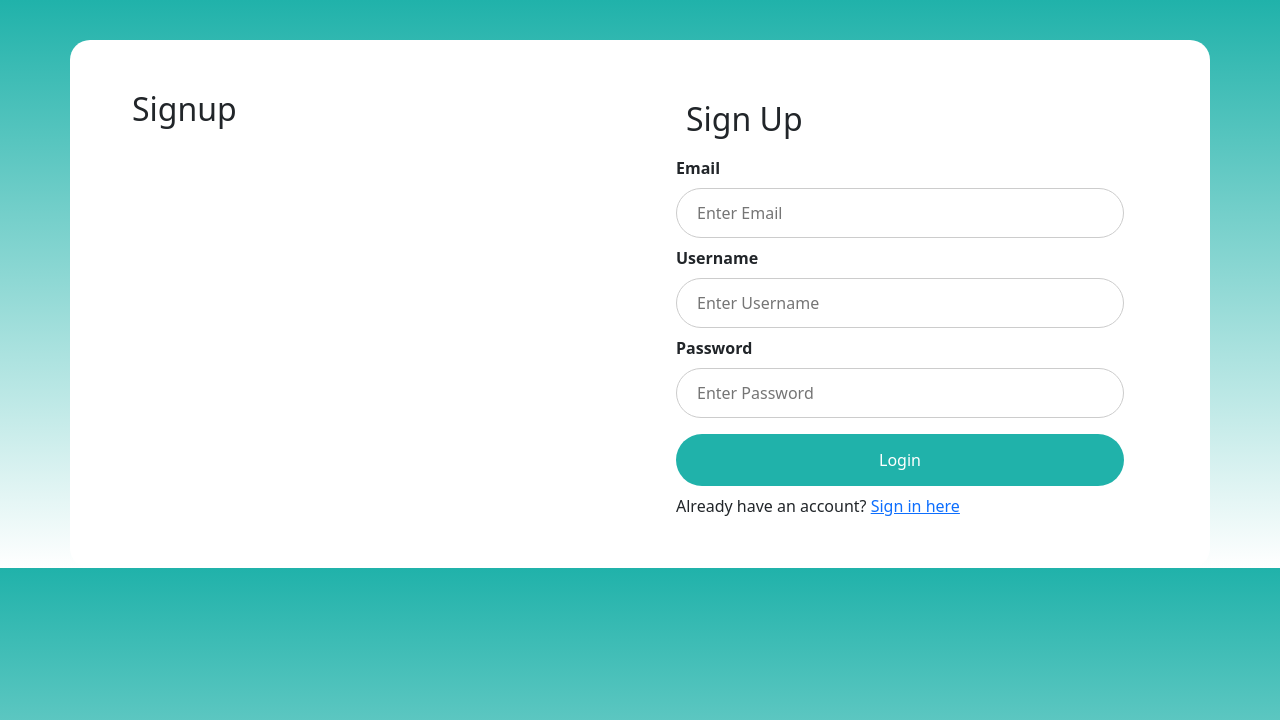
Repository: Sadia-Naveed-Shaikh/JavaScript-Website
Page: SignUp.html
These files come from the project's save history. The page is drawn as it stood at one moment and after the next save; the edit follows.
The browser window is 1280 px wide. The pictures show the whole page.

Above is the page before, as saved 2021-10-27 15:28:55.

### SignUp.html
<!DOCTYPE html>
<html>

<head>
    <meta charset="utf-8">
    <meta name="viewport" content="width=device-width, initial-scale=1.0">
    <title>Signup</title>
    <link href="https://cdn.jsdelivr.net/npm/bootstrap@5.1.3/dist/css/bootstrap.min.css" rel="stylesheet"
        integrity="sha384-1BmE4kWBq78iYhFldvKuhfTAU6auU8tT94WrHftjDbrCEXSU1oBoqyl2QvZ6jIW3" crossorigin="anonymous">
    <!-- <link rel="stylesheet" href="assets/css/style.css"> -->


    <style>
        body {
            background-image: linear-gradient(#20b2aa, white);
        }

        .SignupContainer {
            position: absolute;
            width: 100px;
            height: 500px;
            left: 300px;
            top: 50px;
            background-color: white;
            border-radius: 20px;
            border-top-left-radius: 100px;
            border-bottom-right-radius: 100px;
        }

        .loginImg {
            /* top: 300px;
            left: 50px;
            border-top-left-radius: 20px; */
        }

        input[type=text],
        input[type=password] {
            width: 100%;
            padding: 12px 20px;
            margin: 8px 0;
            display: inline-block;
            border: 1px solid #ccc;
            box-sizing: border-box;
            border-radius: 30px;
        }

        button {
            background-color: #20b2aa;
            color: white;
            padding: 14px 20px;
            margin: 8px 0;
            border: none;
            cursor: pointer;
            width: 100%;
            border-radius: 30px;
        }

        button:hover {
            opacity: 0.8;
        }

        .row {
            background-color: white;
            border-radius: 20px;
            padding: 50px;
            margin-top: 40px;
        }
    </style>
</head>

<body>
    <div class="container">
        <div class=row>
            <div class="col-sm-6">
                <h2>Signup</h2>

            </div>

            <div class="col-sm-6">
                <form action="/action_page.php" method="post">
                    <div class="container">
                        <h2 style="padding:10px; justify-content:center; align-items:center">Sign Up</h2>
                        <label for="email"><b>Email</b></label>
                        <input type="text" placeholder="Enter Email" name="email" required>
                        <label for="uname"><b>Username</b></label>
                        <input type="text" placeholder="Enter Username" name="uname" required>
                        <label for="psw"><b>Password</b></label>
                        <input type="password" placeholder="Enter Password" name="psw" required>
                        <button type="submit">Login</button>
                        <label>
                            Already have an account? <a href="login.html">Sign in here</a>

                        </label>
                    </div>
                </form>


            </div>

        </div>
    </div>




</body>

</html>

After the next save:
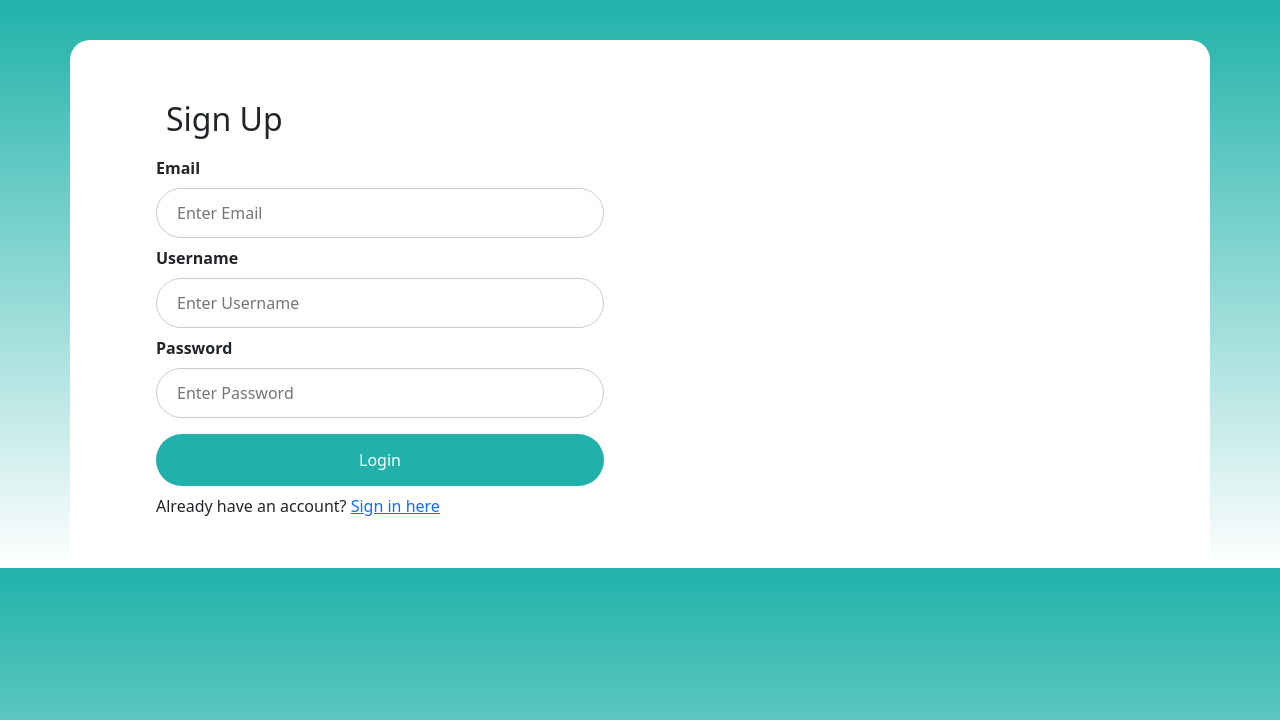
Saved 4 s later.
--- a/SignUp.html
+++ b/SignUp.html
@@ -71,10 +71,7 @@
 <body>
     <div class="container">
         <div class=row>
-            <div class="col-sm-6">
-                <h2>Signup</h2>
 
-            </div>
 
             <div class="col-sm-6">
                 <form action="/action_page.php" method="post">
